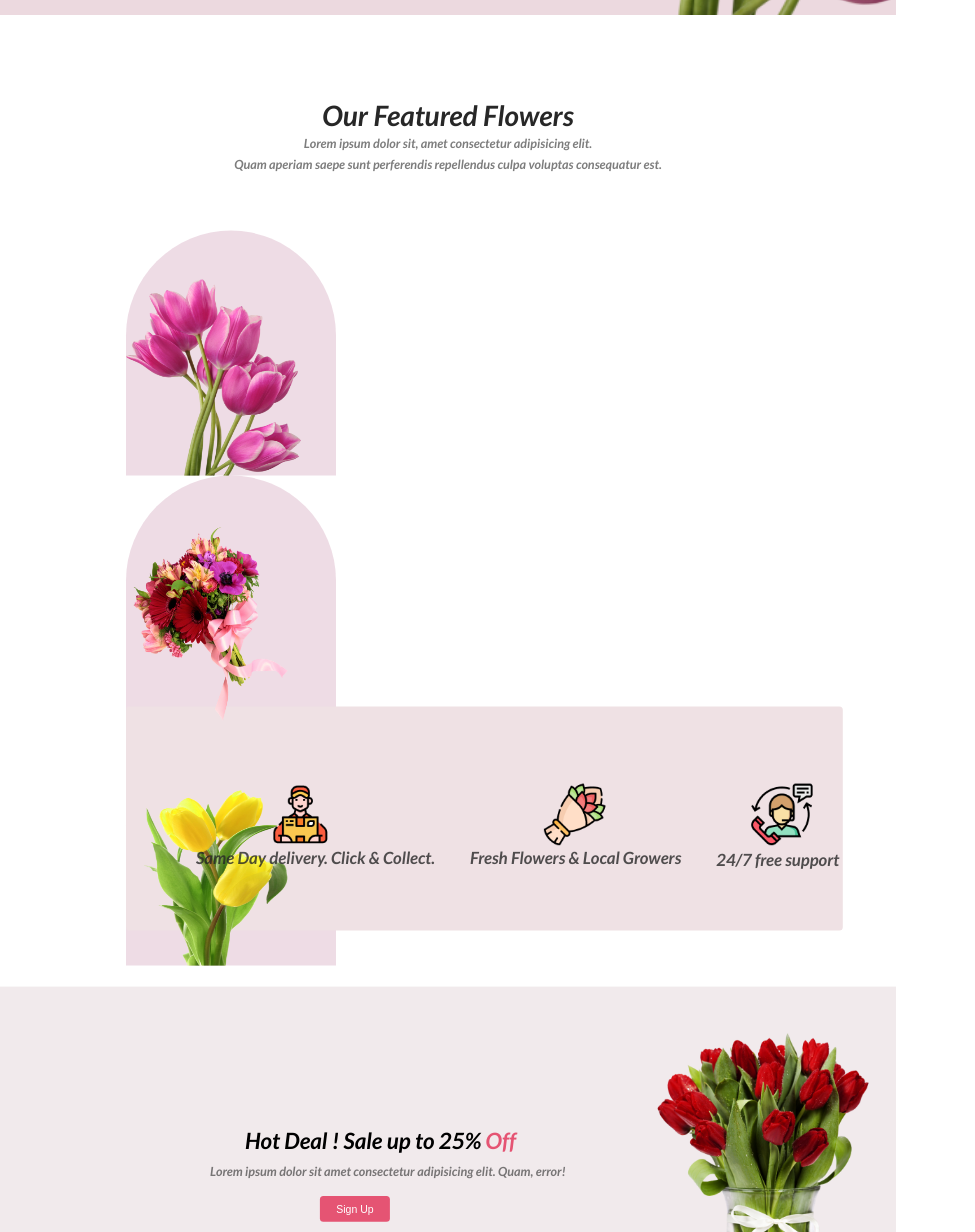
Repository: AnitaAkter/anita-flower-shop
Page: index.html
The author's editor kept a copy of each file at every save. The page is drawn from the files as they stood at one save, then again after a run of saves.
The browser window is 1280 px wide. The page is 1393 px wide, so the pictures cover 1393 px, including what lies to the right of the window. The pictures show the part of the page from y = 778 to 2538 px (the page is 3766 px tall before and 3456 px after), at 70% of full size.

Above is the page before, as saved 2023-09-06 20:46:53.

### index.html
<!DOCTYPE html>
<html lang="en">

<head>
    <meta charset="UTF-8">
    <meta http-equiv="X-UA-Compatible" content="IE=edge">
    <meta name="viewport" content="width=device-width, initial-scale=1.0">
    <title>Anita's Flower Shop</title>
    <link rel="preconnect" href="https://fonts.googleapis.com">
    <link rel="preconnect" href="https://fonts.gstatic.com" crossorigin>
    <link href="https://fonts.googleapis.com/css2?family=Lato:ital,wght@1,700&display=swap" rel="stylesheet">
    <link rel="stylesheet" href="style.css">
</head>

<body>
    <div>
        <!-- /* Header -section start */ -->
        <header>
            <div class="header-intro">
                <h1>Let's make <br> beautiful Flowers a <br>part of your Life.</h1>
                <div class="header-p">
                    <p>Lorem ipsum dolor sit amet consectetur adipisicing elit. Vitae fugit dolorum deleniti, quae ea
                        error
                        iste rerum mollitia animi architecto. Distinctio voluptates doloribus commodi ipsum unde facere
                        assumenda corrupti cum!</p>
                </div>
                <button class="header-btn">Shop Now</button>
            </div>
            <div class="header-pic">
                <img src="images/pngwing 6.png" alt="">
            </div>
        </header>
        <!-- /* Header -section end */ -->
        <main>
            <div class="flowers-info">
                <h3>Our Featured Flowers</h3>
                <p>Lorem ipsum dolor sit, amet consectetur adipisicing elit. <br>
                    Quam aperiam saepe sunt perferendis repellendus culpa voluptas consequatur est.
                </p>
            </div>
            <div class="flowers-add">

                <div class="flowers">
                    <img class="img-f" src="images/pngwing 6.png" alt="">
                    <!-- <p> <u>Pink Flower Tree</u> </p> -->
                </div>
                <div class="flowers">
                    <img class="img-f" src="images/pngwing 5.png" alt="">
                    <!-- <p><u>Pink Flower Tree</u></p> -->
                </div>
                <div class="flowers">
                    <img class="img-f" src="images/pngwing 7.png" alt="">
                    <!-- <p><u>Pink Flower Tree</u></p> -->
                </div>

            </div>






            <!-- Delivery section start -->
            <div class="delivery">
                <div class="delivery-img">
                    <div class="d-img">
                        <img src="images/Group 57.png" alt="">
                        <p>Same Day delivery. Click & Collect.</p>
                    </div>
                    <div class="d-img">
                        <img src="images/Group 58.png" alt="">
                        <p>Fresh Flowers & Local Growers</p>
                    </div>
                    <div>
                        <img src="images/Group 59.png" alt="">
                        <p>24/7 free support</p>
                    </div>
                </div>
            </div>
            <!-- Delivery section end -->

            <div class="add-sec">
                <div class="add-info">
                    <h1>Hot Deal ! Sale up to 25% <span class="text-primary">Off</span></h1>
                    <p class="header-p">Lorem ipsum dolor sit amet consectetur adipisicing elit. Quam, error!</p>
                    <div class="add-btnv">
                        <button class="add-btn">Sign Up</button>
                    </div>
                </div>
                <div class="add-img">
                    <img src="images/pngwing 8.png" alt="">
                </div>
            </div>
















            <div class="flowers-info">
                <h3>Instagram</h3>
                <p>Lorem ipsum dolor sit, amet consectetur adipisicing elit. <br>
                    Quam aperiam saepe sunt perferendis repellendus culpa voluptas consequatur est.
                </p>
            </div>
            <div class="insta-img">
                <img src="images/Flower 01.png" alt="">
                <img src="images/Rectangle 4.png" alt="">
                <img src="images/Rectangle 5.png" alt="">
                <img src="images/Rectangle 6.png" alt="">
            </div>
        </main>
        <footer>
            <div class="footer-column">
                <div class="footer-title">
                    <h2 class="f">Get the latest Deals</h2>
                    <p>$30 coupon for first shopping</p>
                </div>
                <div class="form">
                    <form action=""><input class="input-form" type="text" placeholder="       Enter Your email Here">
                    </form>
                    <button class="header-btn">Subscribe</button>
                </div>

            </div>
        </footer>

    </div>
</body>

</html>

### style.css
/* Header -section start */

* {
    margin: 0;
    padding: 0;
    box-sizing: border-box;
}

body {
    font-family: 'Lato', sans-serif;
    font-weight: 900;
    width: 100%;
}

header {
    display: flex;
    background-color: hsl(342, 34%, 89%);
    width: 100%;
    height: 800px;
}

.header-intro {
    margin-top: 80px;
    margin-left: 50px;
    width: 708px;
    height: 506px;


}

.header-intro h1 {
    color: #272727;
    text-shadow: 0px 4px 4px rgba(0, 0, 0, 0.25);
    font-family: Lato;
    font-size: 80px;
    font-style: normal;
    font-weight: 800;
    line-height: normal;
    width: 708px;
    height: 310px;


}

.header-p {
    color: rgba(39, 39, 39, 0.60);
    font-family: Lato;
    font-size: 18px;
    font-style: normal;
    font-weight: 400;
    line-height: 30px;
    width: 634px;
    height: 120px;
    gap: 32px;



    /* 166.667% */
}

.header-btn {
    background-color: #E55473;
    border-radius: 5px;
    border: none;
    color: white;
    font-size: 15px;
    display: inline-flex;
    padding: 20px 43px;
    align-items: flex-start;
    gap: 10px;

}

.header-pic {
    width: 635px;
    height: 800px;
    margin-bottom: 0%;
    margin-right: auto;

}


.header-pic img {
    width: 635px;
    height: 800px;
    margin-bottom: 0%;
}

/* Header -section end */



/* flowers info styles */
.flowers-info {
    margin-top: 120px;
}

.flowers-info h3 {
    color: #272727;
    text-align: center;
    font-family: Lato;
    font-size: 40px;
    font-style: normal;
    font-weight: 800;
    line-height: normal;
}

.flowers-info p {
    color: rgba(39, 39, 39, 0.60);
    text-align: center;
    font-family: Lato;
    font-size: 18px;
    font-style: normal;
    font-weight: 400;
    line-height: 30px;
    /* 166.667% */
}


.flowers-add {
    margin-top: 80px;
    align-items: center;
    margin-bottom: 200px;
    margin-left: 180px;
    margin-right: 140px;
    width: 80%;
    height: 480px;
    gap: 54px;


}

.flowers-img {
    display: flex;
    align-items: center;
    gap: 50px;
    width: 464px;
    height: 538px;



}

.flowers {


    justify-content: space-between;
    gap: 40px;



}

.flowers {

    background-image: url('/images/Rectangle\ 3\ \(1\).png');
    background-position: center;
    border-radius: 300px 300px 0px 0px;
    background: rgba(139, 24, 81, 0.15);
    height: 350px;
    width: 300px;
}

.img-f {
    height: 280px;
    width: 250px;
    position: absolute;
    margin-top: 70px;
}

/* .flowers-img p {
    color: rgba(0, 0, 0, 0.951);

    font-family: Lato;
    font-size: 24px;
    font-style: normal;
    font-weight: 600;
    line-height: 35px;
    margin-left: 133px;
} */








/* delivery section start */
.delivery {
    margin-top: 100px;
    margin-left: 180px;
    margin-right: 140px;
    background-color: #efe1e4;
    display: flex;
    width: 80%;
    height: 320px;
    border-radius: 5px;
    padding: 30px;
}

.delivery-img p {
    color: rgba(39, 39, 39, 0.80);

    font-family: Lato;
    font-size: 24px;
    font-style: normal;
    font-weight: 600;
    line-height: 35px;
    margin-left: -50px;


}

.delivery-img {
    display: inline-flex;
    margin-top: 80px;
    margin-left: 120px;
    gap: 100px;
    height: 30px;
    align-content: center;
    position: absolute;

}

.d-img img {
    display: grid;
    justify-content: center;
    margin-left: 55px;

}

/* delivery section end */

.text-primary {
    color: #E55473;
}

.add-sec {
    margin-top: 80px;
    width: 100%;
    height: 520px;
    background-color: #f1eaec;
    display: inline-flex;
}

.add-info h1 {
    margin-top: 200px;
    margin-left: 350px;
}

.add-info p {
    margin-top: 10px;
    margin-left: 300px;

}

.add-btnv {
    text-align: center;
    justify-content: center;
    margin-top: -70px;
    margin-left: 80px;
}

.add-btn {
    background-color: #E55473;
    border-radius: 5px;
    border: none;
    color: white;
    font-size: 15px;

    padding: 10px 23px;


}

.add-img {
    width: 218px;
    height: 110px;
    position: center;
    margin-top: 60px;
}




.insta-img {
    display: flex;
    margin-top: 40px;
    gap: 25px;
    margin-left: 180px;
    margin-right: 140px;
    height: 320px;
    width: 70%;
}

.insta-img img {
    width: 275px;
    height: 396px;
    border-radius: 5px;
}


.footer-column {
    background-image: url('images/Rectangle\ 9.png');
    margin-top: 150px;
    width: 80%;
    height: 320px;
    border-radius: 3px;
    margin-left: 180px;
    margin-right: 140px;
}



.footer-title {
    text-align: center;
    padding-top: 80px;
    align-items: center;

}



.footer-title p {
    color: rgb(91, 87, 87);
    padding-top: 10px;
}

.form {
    display: flex;
    margin-left: 287px;
    gap: 50px;
    padding-top: 40px;

}

.input-form {
    width: 550px;
    height: 60px;
    border-radius: 3px;
    border: none;
}

After the next 4 saves:
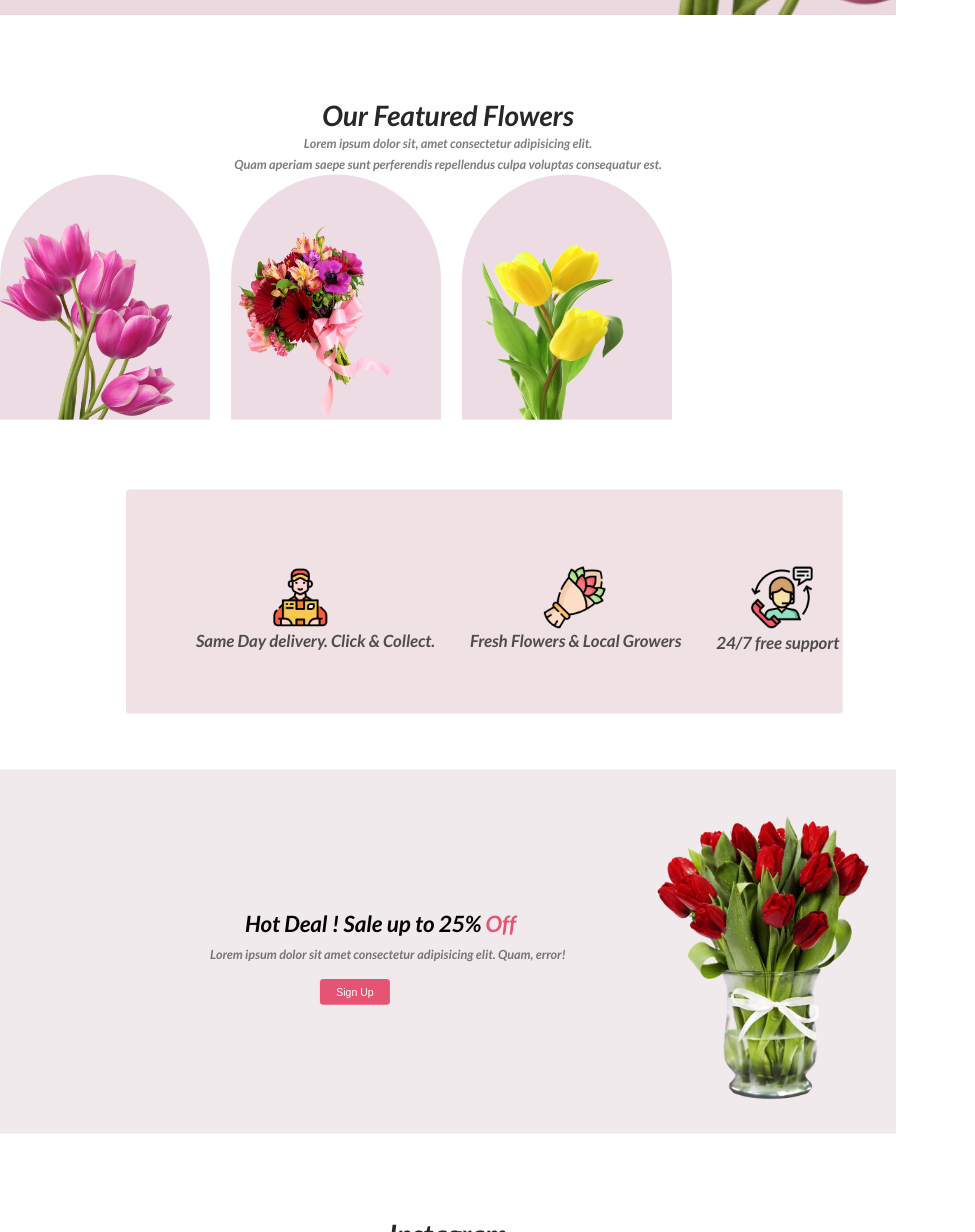
The 4 saves are shown as one change because they came seconds apart.
The last was saved 11 s later.
--- a/style.css
+++ b/style.css
@@ -118,14 +118,9 @@ header {
 
 
 .flowers-add {
-    margin-top: 80px;
-    align-items: center;
-    margin-bottom: 200px;
-    margin-left: 180px;
-    margin-right: 140px;
-    width: 80%;
-    height: 480px;
-    gap: 54px;
+    display: flex;
+    gap: 30px;
+
 
 
 }
